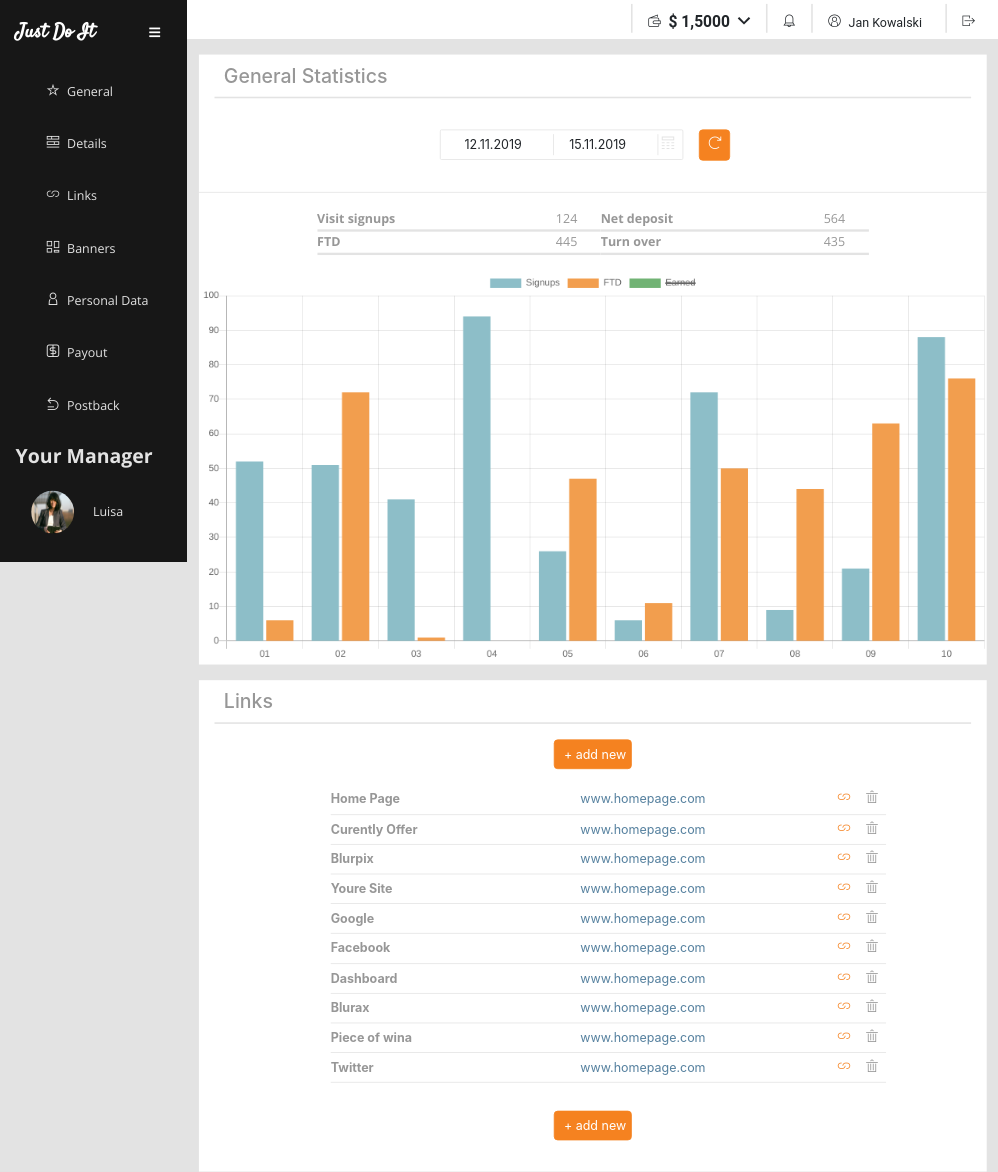
Repository: OllaWilk/wwwJustDoIt
Page: index.html
The author's editor kept a copy of each file at every save. The page is drawn from the files as they stood at one save, then again after the next save.
The browser window is 1280 px wide. The pictures show the whole page, at 78% of full size.
Some web libraries are served in a nearby version. The style sheet was rebuilt from its Sass, Less or Tailwind sources for each picture, by a compiler version that may differ from the author's.

Above is the page before, as saved 2019-12-25 17:32:23.

After the next save:
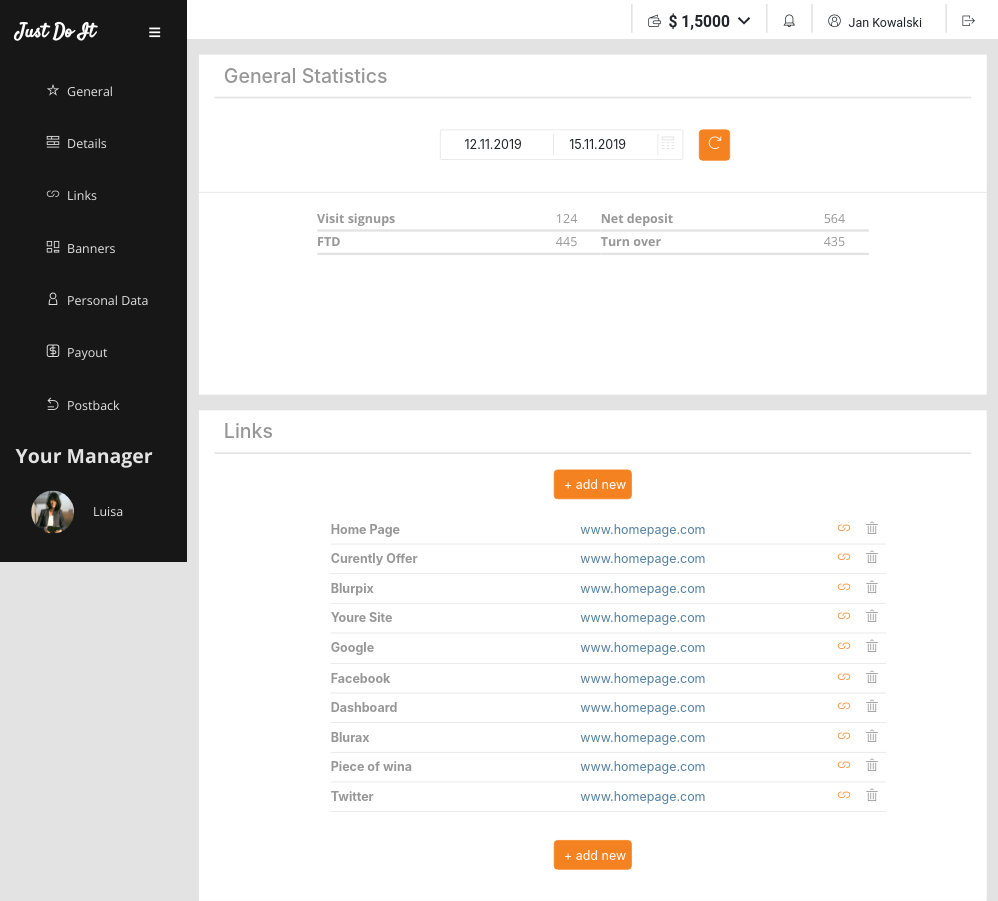
Console error: TypeError: Cannot read properties of null (reading 'addEventListener')
Saved 68 s later.
--- a/js/script.js
+++ b/js/script.js
@@ -1,4 +1,4 @@
-/*function toggleMenu(visible) {
+function toggleMenu(visible) {
     document.querySelector('.navigationWraperMobile').classList.toggle('show', visible)
   }
 
@@ -6,7 +6,7 @@
   document.querySelector('.hamburger').addEventListener('click', function(e) {
     e.preventDefault();
     toggleMenu()
-  });*/
+  });
 
 
 

After the save that followed:
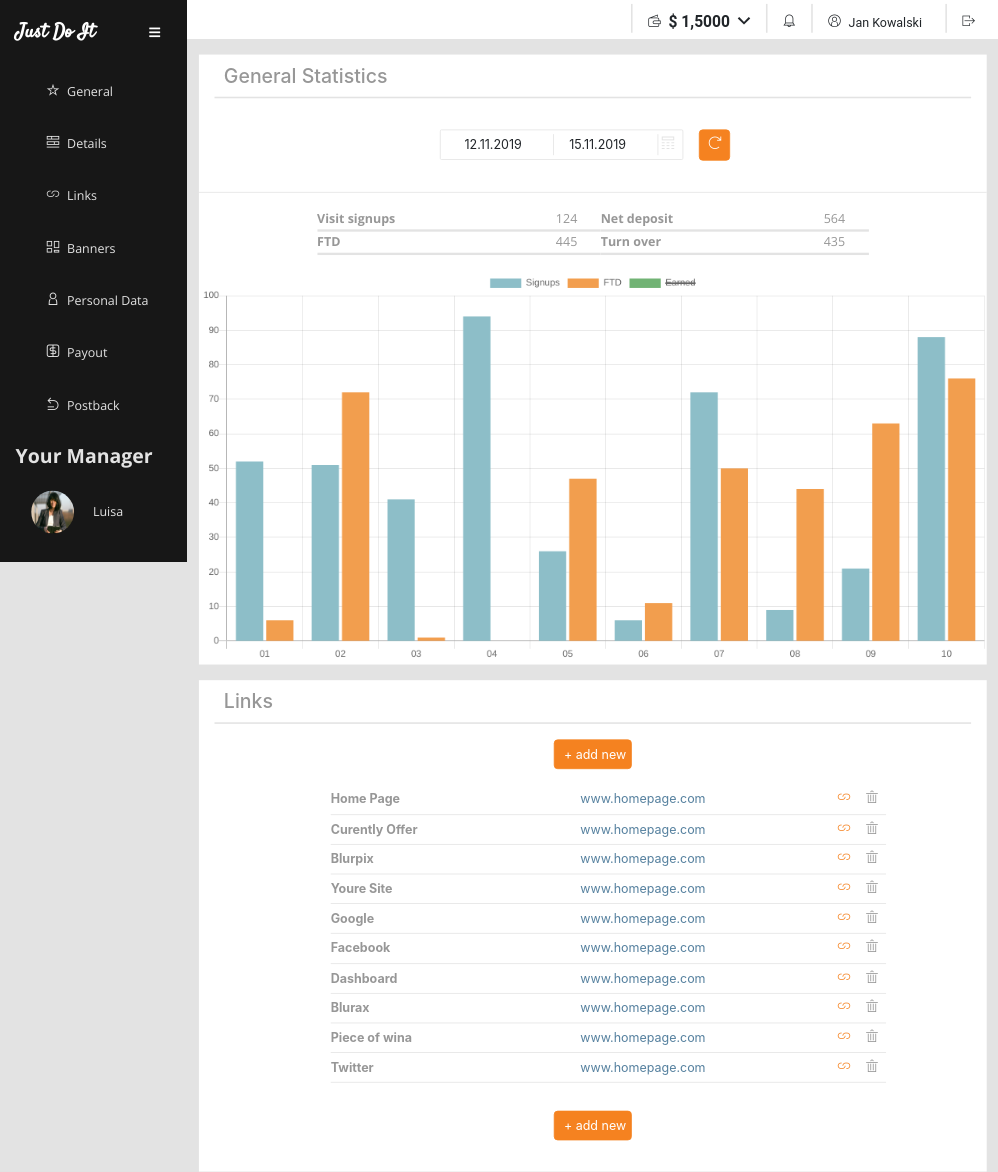
The error is gone.
Saved 112 s later.
--- a/js/script.js
+++ b/js/script.js
@@ -3,20 +3,20 @@
   }
 
 
-  document.querySelector('.hamburger').addEventListener('click', function(e) {
+  document.getElementById('hamburger').addEventListener('click', function(e) {
     e.preventDefault();
     toggleMenu()
   });
 
 
 
-const hamburgerMenuLeft = document.getElementById('hamburger');
+/*const hamburgerMenuLeft = document.getElementById('hamburger');
 const mobileMenu = document.querySelector('.navigationWraperMenu');
 
 hamburger.addEventListener('click', function(){
     mobileMenu.classList.toggle('active');
 });
-
+*/
 var ctx = document.getElementById('myChart').getContext('2d');
 
 var chart = new Chart(ctx, {
